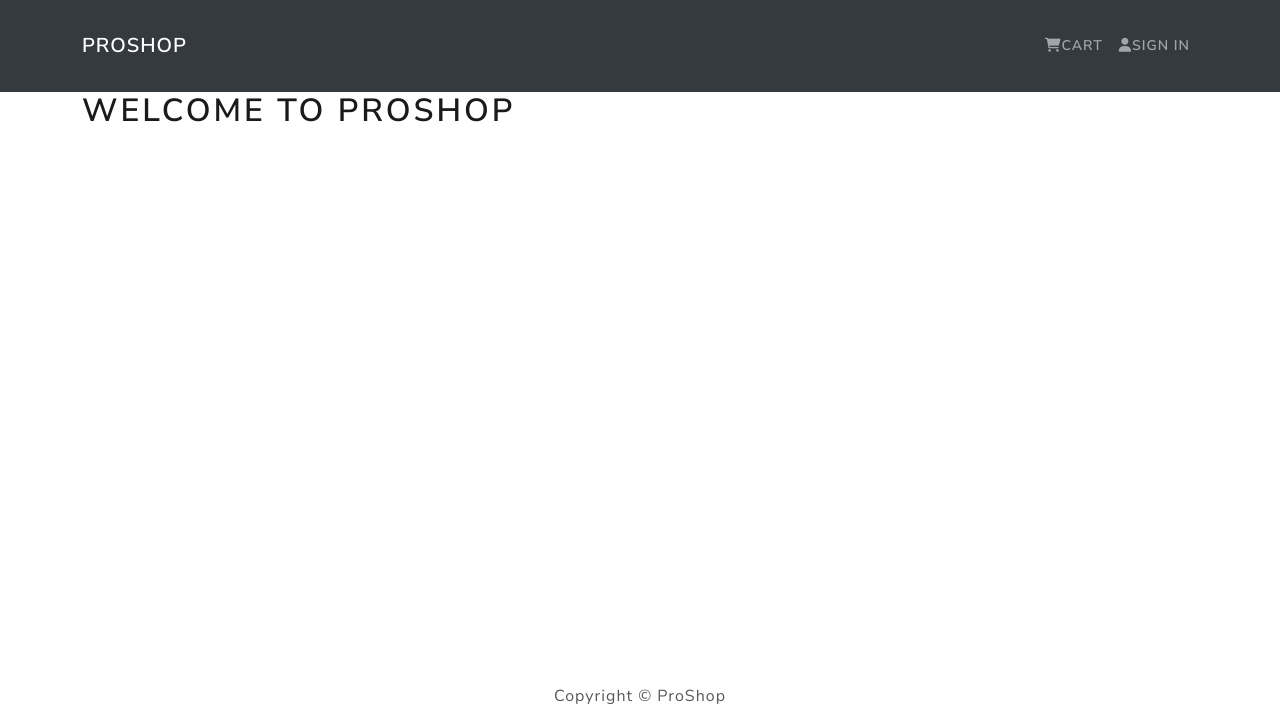
Repository: KarnoSarker/ProShop
Page: / (app in frontend/)
An editor plug-in stored every save of this project. The page is shown before and after the next save, followed by the edit.
The browser window is 1280 px wide. The pictures show the whole page.
The project was rebuilt for these pictures with package versions that can differ from the ones it lists, and the page was loaded fresh each time.

Above is the page before, as saved 2022-09-03 16:35:57.

After the next save:
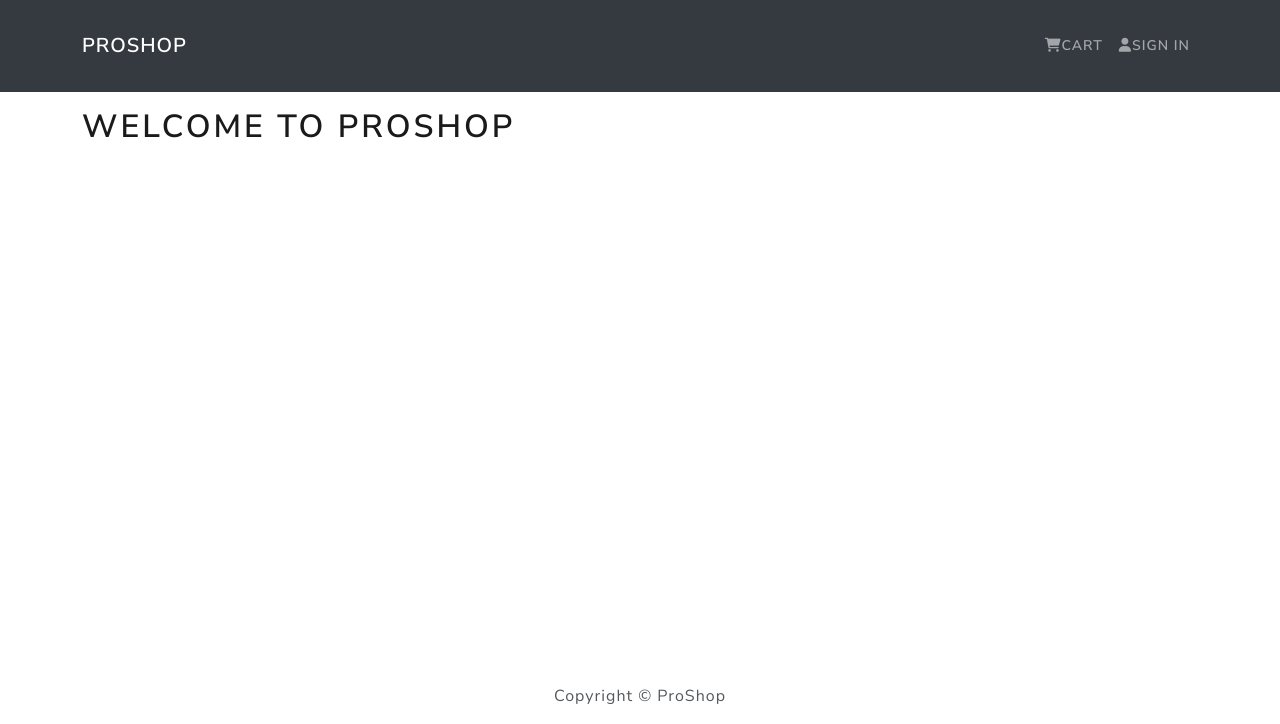
Saved 31 s later.
--- a/frontend/src/App.js
+++ b/frontend/src/App.js
@@ -7,7 +7,7 @@
   return (
     <>
       <Header />
-      <main>
+      <main className='py-3'>
         <Container>
           <h1>Welcome to ProShop</h1>
         </Container>
